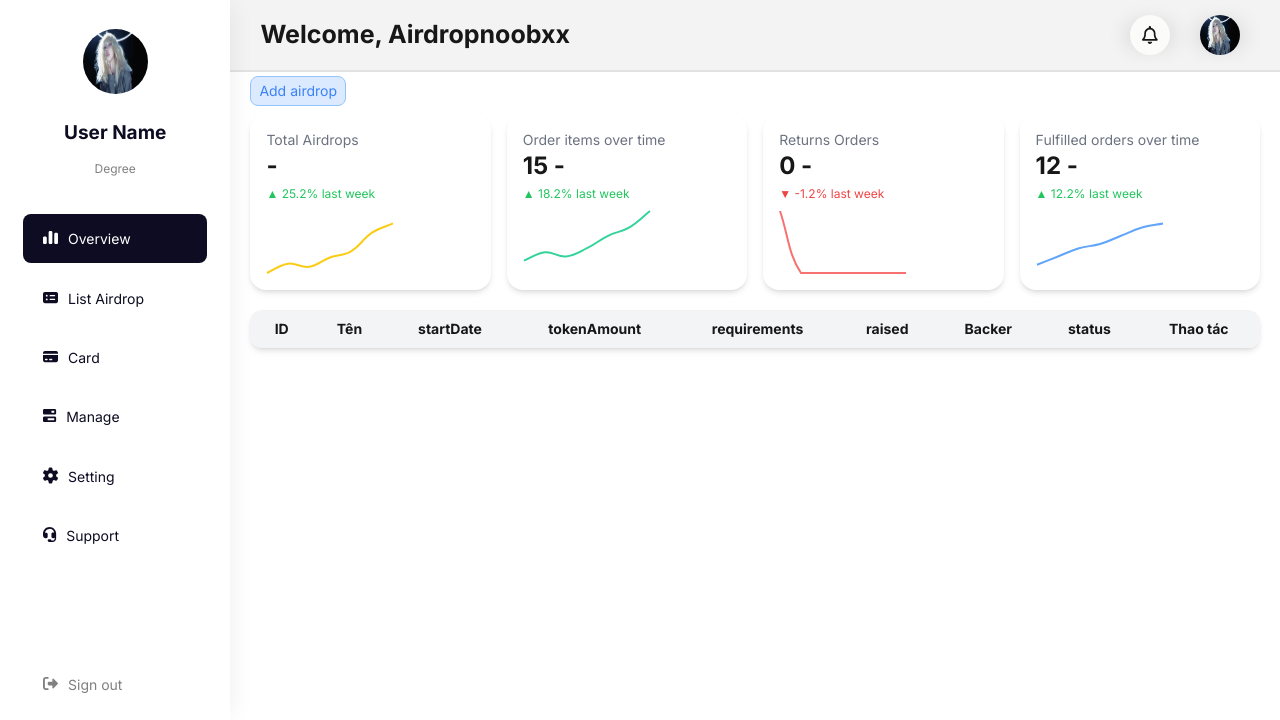
Repository: conGaStuer/airdropmamager
Page: /airdrops
An editor plug-in stored every save of this project. The page is shown before and after the next save, followed by the edit.
The browser window is 1280 px wide. The pictures show the whole page.
The page's requests for data from a server got no answer. The project was rebuilt for these pictures with package versions that can differ from the ones it lists, and the page was loaded fresh each time. The framework's server and built-in components were replaced by stand-ins that run in the browser. No one was signed in, and anything a server would have sent is missing. Also part of the build but not shown: next.config.ts.

Above is the page before, as saved 2025-05-28 18:26:30.

### src/app/layout.tsx
// app/layout.tsx
import { Inter } from "next/font/google";
import "../styles/globals.css";
import NavBar from "@/components/NavBar";
import SideBar from "@/components/SideBar";

const inter = Inter({ subsets: ["latin"] });

export const metadata = {
  title: "Airdrop Admin",
  description: "Manage Airdrops",
};

// app/layout.tsx
export default function RootLayout({
  children,
}: {
  children: React.ReactNode;
}) {
  return (
    <html lang="en">
      <body>{children}</body>
    </html>
  );
}

### src/app/airdrops/layout.js
// app/airdrops/layout.js (hoặc layout.tsx nếu bạn dùng TypeScript)
"use client";
import React from "react";
import NavBar from "@/components/NavBar";
import SideBar from "@/components/SideBar";

export default function AirdropLayout({ children }) {
  return (
    <div className="flex">
      <SideBar />
      <div className="flex-1">
        <NavBar />
        <main className="pt-14 ">{children}</main>
      </div>
    </div>
  );
}

### src/app/airdrops/page.js
"use client";
import React from "react";
import { useState, useEffect } from "react";
import axios from "axios";
import { useRouter } from "next/navigation";

import StatCard from "@/components/StatCard";
import "../../styles/table.scss";
export default function AirdropPages() {
  const [airdrops, setAirdrops] = useState([]);
  const [count, setCount] = useState("");
  useEffect(() => {
    const fetchAirdrops = async () => {
      try {
        const res = await axios.get("http://localhost:5000/api/airdrops");
        setAirdrops(res.data);
      } catch (err) {
        console.error("Error fetching airdrops:", err);
      }
    };
    const fetchCount = async () => {
      try {
        const res = await axios.get("http://localhost:5000/api/airdrops/count");
        setCount(res.data.total);
        console.log("Count data:", res.data); // ✅ Phải là { total: <number> }
      } catch (err) {
        console.error("Error fetching airdrops:", err);
      }
    };
    fetchAirdrops();
    fetchCount();
  }, []);

  const handleDelete = async (id) => {
    if (confirm("Bạn có chắc muốn xóa airdrop này không?")) {
      await axios.delete(`http://localhost:5000/api/airdrops/${id}`);
      const res = await axios.get("http://localhost:5000/api/airdrops");
      setAirdrops(res.data);
    }
  };
  const router = useRouter();
  return (
    <div style={{ padding: 20 }}>
      <button
        className="pl-2 pr-2 pt-1 pb-1 text-blue-500 bg-blue-100 border border-blue-300 rounded-lg mb-2 text-sm"
        onClick={() => router.push("./airdrops/new")}
      >
        Add airdrop
      </button>
      <div className=" grid grid-cols-1 md:grid-cols-2 lg:grid-cols-4 gap-4">
        <StatCard
          title="Total Airdrops "
          value={count}
          percentage={25.2}
          isUp={true}
          chartColor="#FACC15" // yellow
          data={[5, 8, 7, 10, 12, 18, 21]}
        />
        <StatCard
          title="Order items over time"
          value={15}
          percentage={18.2}
          isUp={true}
          chartColor="#34D399" // green
          data={[3, 5, 4, 6, 9, 11, 15]}
        />
        <StatCard
          title="Returns Orders"
          value={0}
          percentage={-1.2}
          isUp={false}
          chartColor="#F87171" // red
          data={[1, 0, 0, 0, 0, 0, 0]}
        />
        <StatCard
          title="Fulfilled orders over time"
          value={12}
          percentage={12.2}
          isUp={true}
          chartColor="#60A5FA" // blue
          data={[2, 4, 6, 7, 9, 11, 12]}
        />
      </div>

      <div className="rounded-xl overflow-hidden shadow-md mt-5">
        <table cellPadding="15" className="w-full bg-white">
          <thead className="bg-gray-100 text-sm text-center">
            <tr>
              <th className="px-4 py-2">ID</th>
              <th className="px-4 py-2">Tên</th>
              <th className="px-4 py-2">startDate</th>
              <th className="px-4 py-2">tokenAmount</th>
              <th className="px-4 py-2">requirements</th>
              <th className="px-4 py-2">raised</th>
              <th className="px-4 py-2">Backer</th>
              <th className="px-4 py-2">status</th>
              <th className="px-4 py-2">Thao tác</th>
            </tr>
          </thead>
          <tbody>
            {airdrops.map((item) => (
              <tr key={item.id} className="border-t text-center text-sm">
                <td>{item.id}</td>
                <td>{item.name}</td>
                <td>{new Date(item.startDate).toLocaleDateString("vi-VN")}</td>
                <td>{item.tokenAmount}</td>
                <td>{item.requirements}</td>
                <td>{item.raised}</td>
                <td>{item.backer}</td>
                <td
                  className={
                    item.status === "online" ? "text-green-500" : "text-red-500"
                  }
                >
                  {item.status}
                </td>
                <td>
                  <button
                    onClick={() => router.push(`./airdrops/${item.id}/edit`)}
                    className="inline-flex items-center px-2 py-0.5 text-xs
                text-yellow-500 bg-orange-100 border border-yellow-300 rounded-full
                hover:bg-orange-200 transition mr-2"
                  >
                    <span className="w-2 h-2 mr-2 bg-yellow-500 rounded-full"></span>
                    Edit
                  </button>
                  <button
                    className="inline-flex items-center px-2 py-0.5 text-xs
                text-blue-500 bg-blue-100 border border-blue-300 rounded-full
                hover:bg-blue-200 transition"
                    onClick={() => handleDelete(item.id)}
                  >
                    <span className="w-2 h-2 mr-2 bg-blue-500 rounded-full"></span>
                    Delete
                  </button>
                </td>
              </tr>
            ))}
          </tbody>
        </table>
      </div>
    </div>
  );
}

### src/styles/globals.css
@tailwind base;
@tailwind components;
@tailwind utilities;

:root {
  --background: #ffffff;
  --foreground: #171717;
}

@media (prefers-color-scheme: dark) {
  :root {
    --background: #ffffff;
    --foreground: #393737;
  }
}

body {
  color: var(--foreground);
  background: var(--background);
  font-family: inter;
  background-size: cover;
  background-position: center;
}

### src/components/NavBar.js
import React from "react";
import "../styles/navbar.scss";
import { FontAwesomeIcon } from "@fortawesome/react-fontawesome";
import {
  faEdit,
  faTrash,
  faRectangleList,
  faChartSimple,
  faCreditCard,
  faBarsProgress,
  faGear,
  faHeadset,
  faRightFromBracket,
  faRing,
} from "@fortawesome/free-solid-svg-icons";
import { faBell } from "@fortawesome/free-regular-svg-icons";
import Image from "next/image";
export default function NavBar() {
  return (
    <div className="nav-side">
      <p>Welcome, Airdropnoobxx </p>
      <div className="menu">
        <div className="iconn">
          <FontAwesomeIcon icon={faBell} className="icon" />
        </div>
        <Image src="/styles/avt.jpg" alt="Avatar" width={20} height={20} />
      </div>
    </div>
  );
}

### src/components/SideBar.js
import React from "react";
import "../styles/sideBar.scss";
import { FontAwesomeIcon } from "@fortawesome/react-fontawesome";
import {
  faEdit,
  faTrash,
  faRectangleList,
  faChartSimple,
  faCreditCard,
  faBarsProgress,
  faGear,
  faHeadset,
  faRightFromBracket,
} from "@fortawesome/free-solid-svg-icons";
import Image from "next/image";
import Link from "next/link";
export default function SideBar() {
  return (
    <div className="side-bar">
      <div className="side-info">
        <div className="user-profile">
          <Image src="/styles/avt.jpg" alt="Avatar" width={80} height={80} />
          <h4>User Name</h4>
          <p>Degree</p>
        </div>
      </div>
      <div className="side-menu">
        <div className="menu-element menu-element1">
          <FontAwesomeIcon icon={faChartSimple} className="icon" />

          <span>Overview</span>
        </div>
        <Link href="./airdrops" className="menu-element">
          <FontAwesomeIcon icon={faRectangleList} className="icon" />

          <span>List Airdrop</span>
        </Link>
        <div className="menu-element">
          <FontAwesomeIcon icon={faCreditCard} className="icon" />
          <span>Card</span>
        </div>
        <div className="menu-element">
          <FontAwesomeIcon icon={faBarsProgress} className="icon" />
          <span>Manage</span>
        </div>
        <div className="menu-element">
          <FontAwesomeIcon icon={faGear} className="icon" />
          <span>Setting</span>
        </div>
        <div className="menu-element">
          <FontAwesomeIcon icon={faHeadset} className="icon" />

          <span>Support</span>
        </div>
      </div>
      <div className="side-logout">
        <FontAwesomeIcon icon={faRightFromBracket} className="icon" />
        <span>Sign out</span>
      </div>
    </div>
  );
}

### src/components/StatCard.js
import { Line } from "react-chartjs-2";
import {
  Chart as ChartJS,
  LineElement,
  CategoryScale,
  LinearScale,
  PointElement,
} from "chart.js";

ChartJS.register(LineElement, CategoryScale, LinearScale, PointElement);

export default function StatCard({
  title,
  value,
  percentage,
  chartColor,
  data,
  isUp,
}) {
  return (
    <div className="bg-white p-4 rounded-2xl shadow-md">
      <div className="text-sm text-gray-500">{title}</div>
      <div className="flex items-center justify-between">
        <div className="text-2xl font-bold">{value} -</div>
      </div>
      <div className="flex items-center text-xs text-gray-400 mt-1">
        <span className={isUp ? "text-green-500" : "text-red-500"}>
          {isUp ? "▲" : "▼"} {percentage}% last week
        </span>
      </div>
      <div className="h-16 mt-2">
        <Line
          data={{
            labels: data.map((_, i) => i),
            datasets: [
              {
                data,
                borderColor: chartColor,
                borderWidth: 2,
                tension: 0.4,
                pointRadius: 0,
              },
            ],
          }}
          options={{
            responsive: true,
            plugins: {
              legend: { display: false },
              tooltip: { enabled: false },
            },
            scales: {
              x: { display: false },
              y: { display: false },
            },
          }}
        />
      </div>
    </div>
  );
}

### src/styles/table.scss
table {
  border: 1px solid #f3f3f3;
  border-radius: 16rem;
}
td {
  font-family: "Inter", sans-serif;
  font-size: small;
}

### src/styles/navbar.scss
@mixin center-div {
  display: flex;

  justify-content: space-between;
  align-items: center;
}
@mixin no-space-text {
  margin: 0px;
  padding: 0px;
}
.nav-side {
  width: 82%;
  height: 10vh;
  background-color: #f3f3f3;
  position: fixed;
  float: right;
  right: 0px;

  border-bottom-right-radius: 0px;
  @include center-div();
  padding-left: 30px;
  padding-right: 40px;
  border-bottom: 2px solid rgb(226, 226, 226);
  p {
    font-size: 25px;
    font-weight: bold;
    font-family: "Inter", sans-serif;
  }
  .menu {
    width: 120px;
    height: 90%;
    @include center-div();

    .iconn {
      width: 40px;
      height: 40px;
      background-color: #fbfbfa;
      border-radius: 50%;
      @include center-div();
      justify-content: center;
      position: relative;
      left: 10px;
      box-shadow: 10px 0 20px -5px rgba(0, 0, 0, 0.1),
        -10px 0 20px -5px rgba(0, 0, 0, 0.1);

      .icon {
        font-size: 18px;
      }
    }
    img {
      width: 40px;
      height: 40px;
      border-radius: 50%;
      box-shadow: 10px 0 20px -5px rgba(0, 0, 0, 0.1),
        -10px 0 20px -5px rgba(0, 0, 0, 0.1);
    }
  }
}

### src/styles/sideBar.scss
@mixin center-div {
  display: flex;
  flex-direction: column;
  justify-content: space-between;
  align-items: center;
}
@mixin no-space-text {
  margin: 0px;
  padding: 0px;
}
.side-bar {
  font-family: "Inter", sans-serif;
  @include center-div();
  width: 18%;
  height: 100vh;
  background-color: white;
  color: #808080;
  box-shadow: 10px 0 20px -5px rgba(0, 0, 0, 0.05),
    -10px 0 20px -5px rgba(0, 0, 0, 0.05);
  z-index: 1;
  .icon {
    font-size: 15px;
    margin-right: 10px;
    position: relative;
    top: -1px;
  }
  .side-info {
    width: 80%;
    height: 34%;
    display: flex;
    flex-direction: column;
    justify-content: space-around;
    align-items: center;
    position: relative;
    top: -10px;
    h4 {
      @include no-space-text();
      font-size: 18px;
      font-weight: bold;
    }
    .user-profile {
      width: 75%;
      height: 68%;
      @include center-div();

      img {
        width: 65px;
        height: 65px;
        border-radius: 50%;
      }
      h4 {
        font-size: 19px;
        font-weight: bold;
        @include no-space-text();
        position: relative;
        top: -3px;
        color: #0d0c22;
      }
      p {
        @include no-space-text();
        font-size: 12px;
        position: relative;
        top: -18px;
      }
    }
  }
  .side-menu {
    width: 80%;
    height: 48%;
    @include center-div();
    position: relative;
    top: -65px;
    .menu-element {
      width: 100%;
      height: 14%;
      background-color: white;
      border-radius: 8px;
      font-size: 14px;
      display: flex;
      align-items: center;
      padding: 20px;
      color: #0d0c22;
    }
    .menu-element1 {
      background-color: #0d0c22;
      color: white;
    }
  }
  .side-logout {
    width: 80%;
    height: 7%;
    display: flex;
    align-items: center;
    padding: 20px;
    margin-bottom: 10px;
    span {
      font-size: 14px;
    }
  }
}

### tailwind.config.ts
import type { Config } from "tailwindcss";

export default {
  content: [
    "./src/pages/**/*.{js,ts,jsx,tsx,mdx}",
    "./src/components/**/*.{js,ts,jsx,tsx,mdx}",
    "./src/app/**/*.{js,ts,jsx,tsx,mdx}",
  ],
  theme: {
    extend: {
      colors: {
        background: "var(--background)",
        foreground: "var(--foreground)",
      },
      fontFamily: {
        sans: ["var(--font-inter)", "sans-serif"],
      },
    },
  },
  plugins: [],
} satisfies Config;

After the next save:
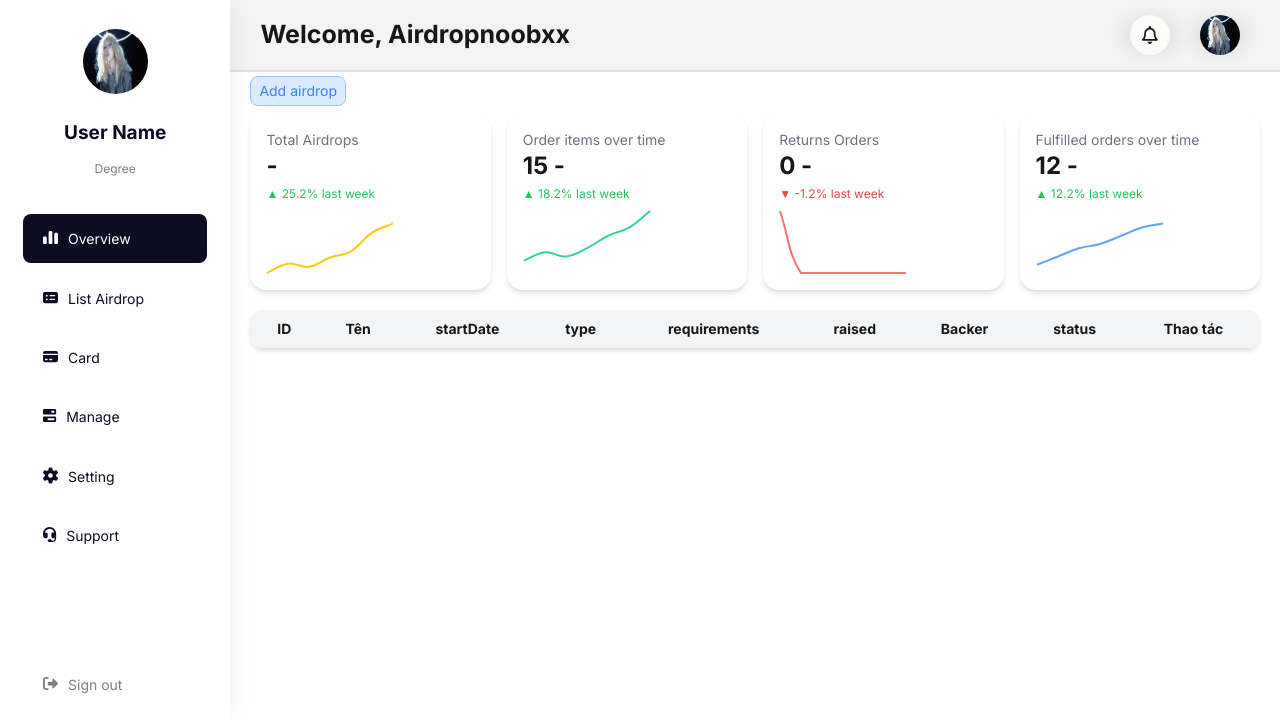
Saved 4 s later.
--- a/src/app/airdrops/page.js
+++ b/src/app/airdrops/page.js
@@ -89,7 +89,7 @@ export default function AirdropPages() {
               <th className="px-4 py-2">ID</th>
               <th className="px-4 py-2">Tên</th>
               <th className="px-4 py-2">startDate</th>
-              <th className="px-4 py-2">tokenAmount</th>
+              <th className="px-4 py-2">type</th>
               <th className="px-4 py-2">requirements</th>
               <th className="px-4 py-2">raised</th>
               <th className="px-4 py-2">Backer</th>
@@ -103,7 +103,7 @@ export default function AirdropPages() {
                 <td>{item.id}</td>
                 <td>{item.name}</td>
                 <td>{new Date(item.startDate).toLocaleDateString("vi-VN")}</td>
-                <td>{item.tokenAmount}</td>
+                <td>{item.type}</td>
                 <td>{item.requirements}</td>
                 <td>{item.raised}</td>
                 <td>{item.backer}</td>
